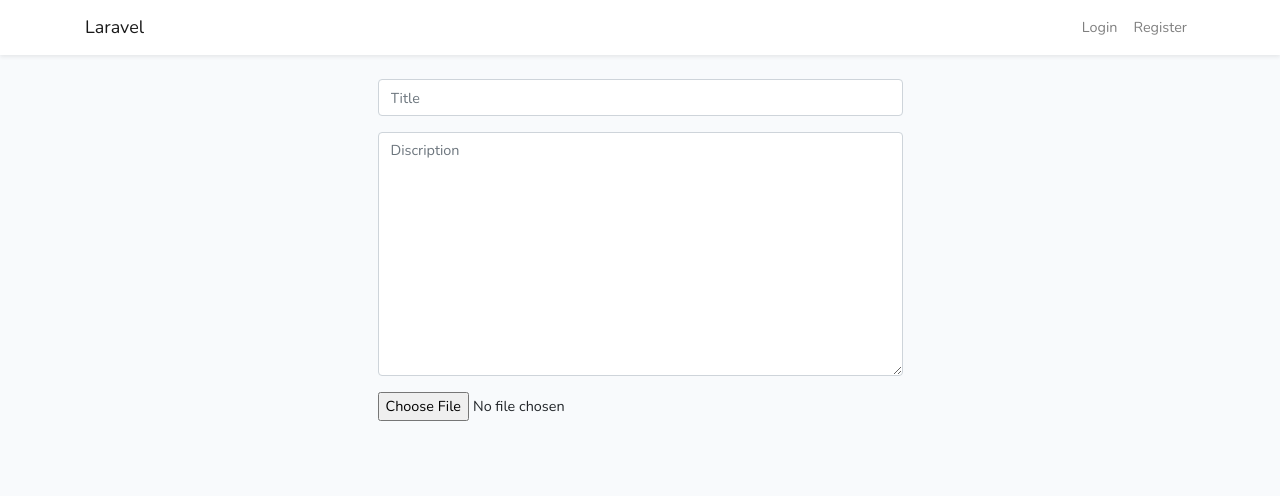
Repository: mohamedelbadawi/Simple-galley-using-laravel
Page: http://localhost/admin/albums/create
The author's editor kept a copy of each file at every save. The page is drawn from the files as they stood at one save, then again after the next save.
The browser window is 1280 px wide. The pictures show the whole page.
The page is served by the project's Laravel application, run on PHP 8.4 with Laravel 8.

Above is the page before, as saved 2021-08-31 09:52:13.

After the next save:
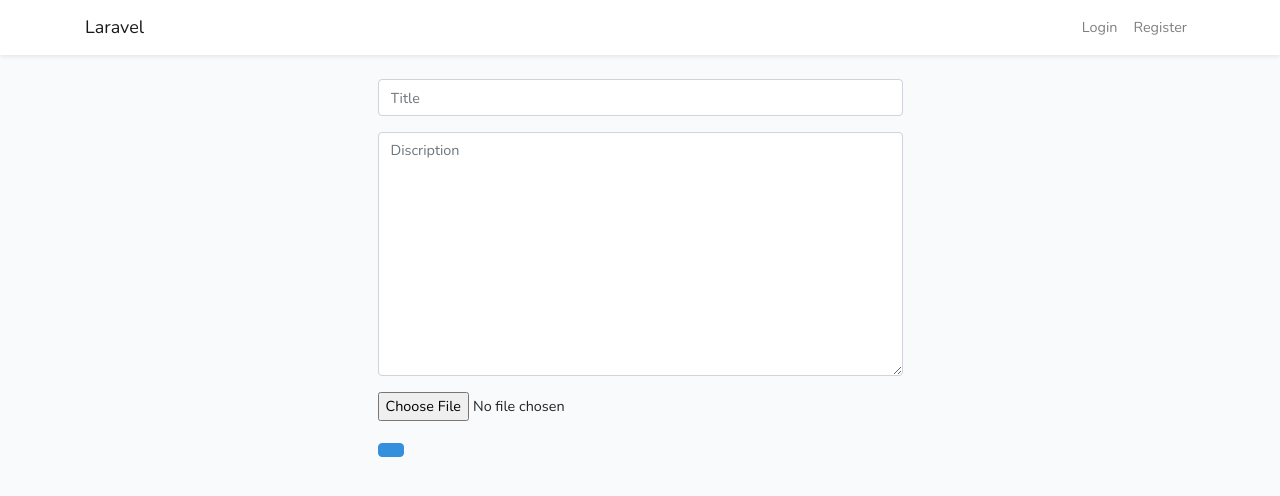
Saved 7 s later.
--- a/Gallery/resources/views/admin/albums/create.blade.php
+++ b/Gallery/resources/views/admin/albums/create.blade.php
@@ -14,7 +14,7 @@
                 <input type="file" src="" placeholder="Choose Album image" name="albumImage" alt="albumimage">
             </div>
             <div class="form-group">
-            <button class="btn btn-[rimary]"></button>
+            <button class="btn btn-primary"></button>
             </div>
         </form>
     </div>
